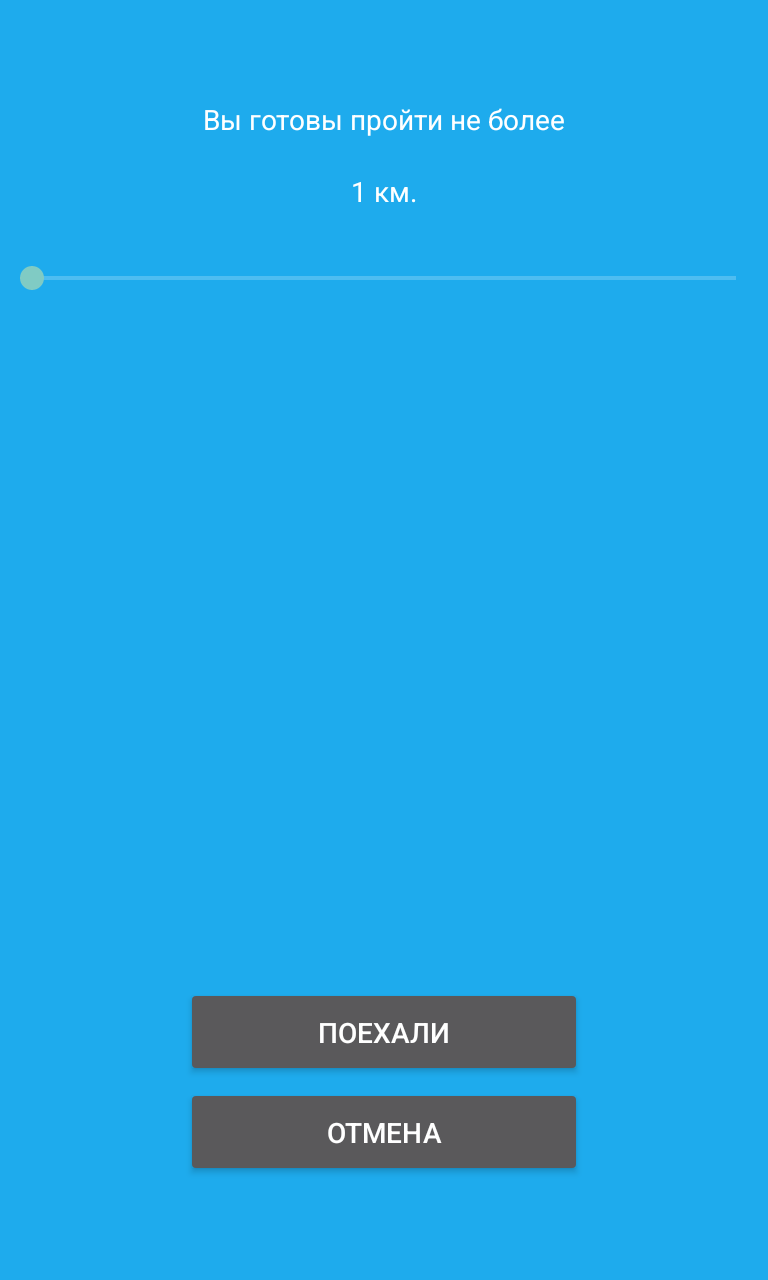
Repository: spacesoldier/MileSharing_old
Layout: MileSharing/res/layout/fragment_pdcontent.xml
An editor plug-in stored every save of this project. The layout is shown before and after the next save, followed by the edit.
It is drawn on a 768 x 1280 px phone screen (xhdpi) without system bars, with theme Theme.AppCompat; the app's code is not run.

Above is the layout before, as saved 2014-05-19 20:18:28.

### MileSharing/res/layout/fragment_pdcontent.xml
<?xml version="1.0" encoding="utf-8"?>
<RelativeLayout xmlns:android="http://schemas.android.com/apk/res/android"
    android:id="@+id/LayoutTabPassDrive"
    android:layout_width="match_parent"
    android:layout_height="400dp"
    android:layout_alignParentBottom="true"
    android:background="@color/blue_notsotransparent"
    android:orientation="vertical" >

    <Button
        android:id="@+id/buttonGo"
        style="?android:attr/buttonStyleSmall"
        android:layout_width="200dp"
        android:layout_height="wrap_content"
        android:layout_alignParentBottom="true"
        android:layout_centerHorizontal="true"
        android:layout_marginBottom="100dp"
        android:text="Поехали" />

    <Button
        android:id="@+id/buttonCancel"
        style="?android:attr/buttonStyleSmall"
        android:layout_width="200dp"
        android:layout_height="wrap_content"
        android:layout_alignParentBottom="true"
        android:layout_centerHorizontal="true"
        android:layout_marginBottom="50dp"
        android:text="Отмена" />

    <SeekBar
        android:id="@+id/seekBar"
        android:layout_width="match_parent"
        android:layout_height="wrap_content"
        android:layout_alignParentLeft="true"
        android:layout_below="@+id/textView1"
        android:layout_marginTop="130dp" />

    <TextView
        android:id="@+id/textLength"
        android:layout_width="wrap_content"
        android:layout_height="wrap_content"
        android:layout_alignParentTop="true"
        android:layout_centerHorizontal="true"
        android:layout_marginTop="86dp"
        android:text="1 км."
        android:textColor="@color/white_text_color" />

     <TextView
         android:id="@+id/textLabel"
         android:layout_width="wrap_content"
         android:layout_height="wrap_content"
         android:layout_alignParentTop="true"
         android:layout_centerHorizontal="true"
         android:layout_marginTop="50dp"
         android:text="Вы готовы пройти не более"
         android:textColor="@color/white_text_color" />

</RelativeLayout>

Loaded but not shown: MileSharing/res/values/colors.xml (common file)

After the next save:
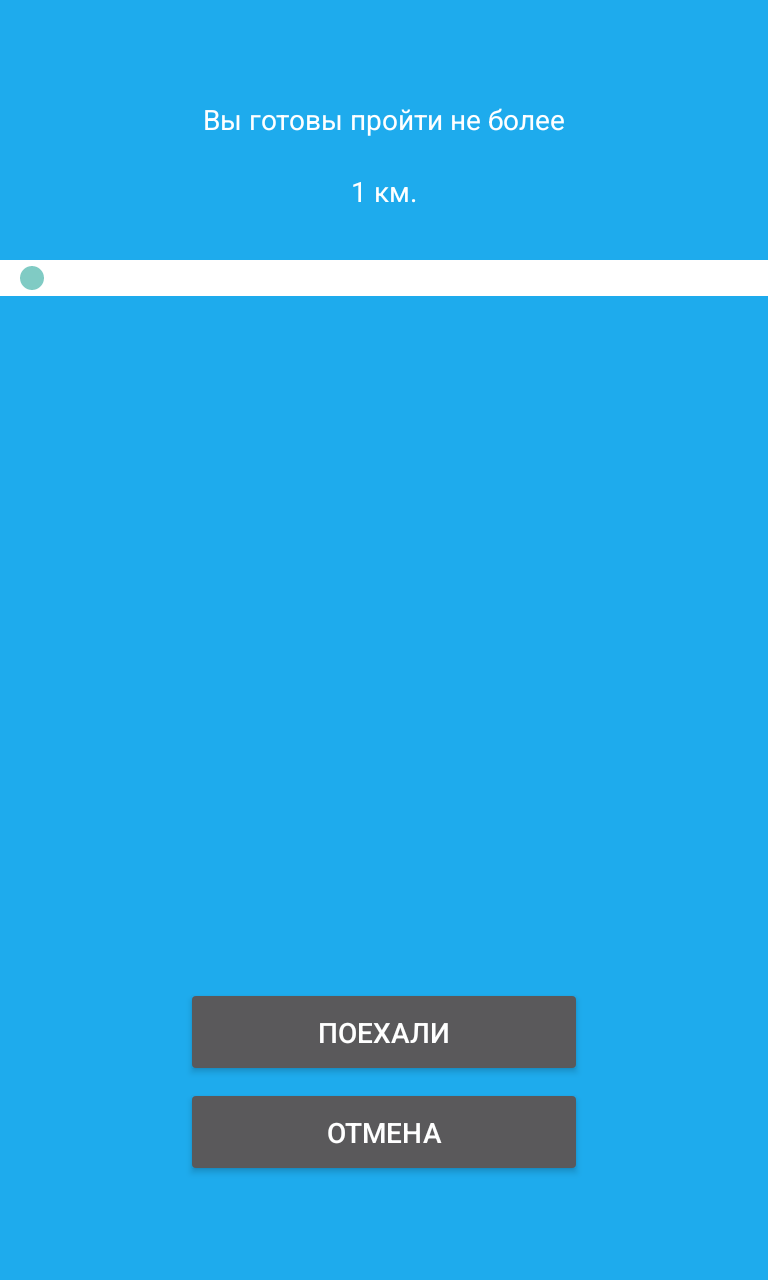
Saved 6 min 52 s later.
--- a/MileSharing/res/layout/fragment_pdcontent.xml
+++ b/MileSharing/res/layout/fragment_pdcontent.xml
@@ -33,7 +33,8 @@
         android:layout_height="wrap_content"
         android:layout_alignParentLeft="true"
         android:layout_below="@+id/textView1"
-        android:layout_marginTop="130dp" />
+        android:layout_marginTop="130dp"
+        android:background="@color/white_text_color" />
 
     <TextView
         android:id="@+id/textLength"
